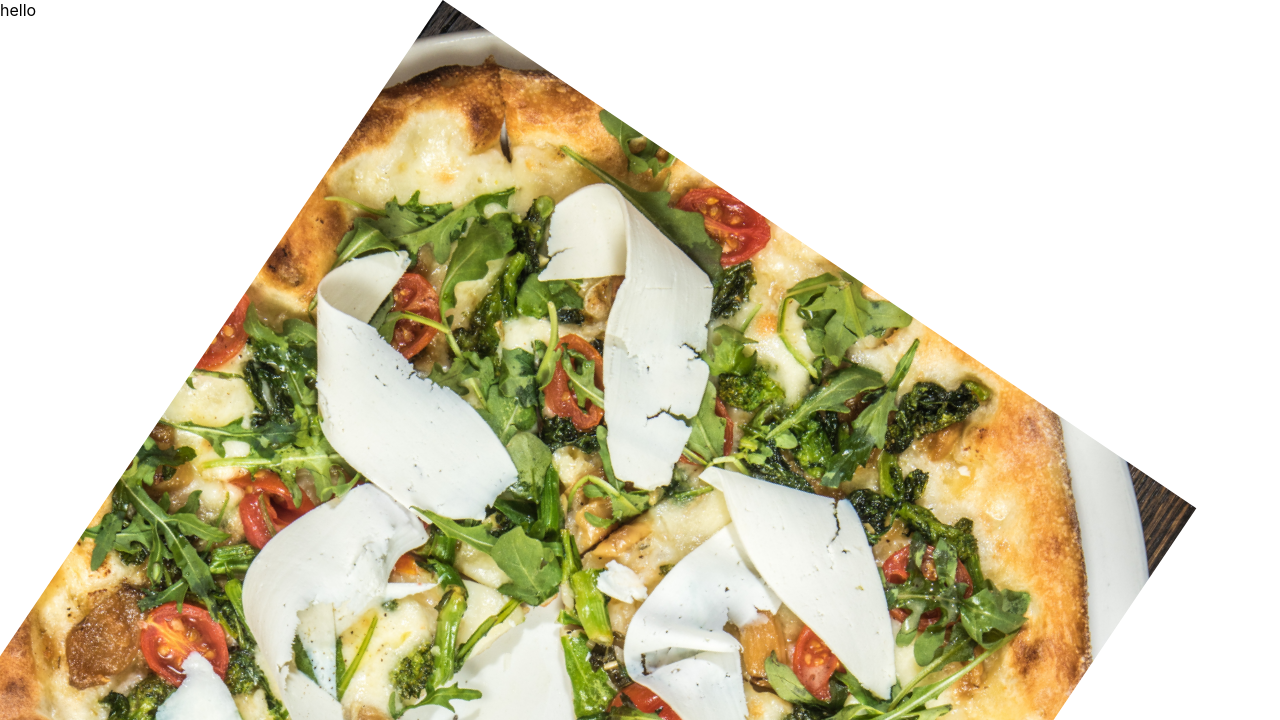
Repository: hobsond/DeliveryApp
Page: / (app in delivery/)
These files come from the project's save history. The page is drawn as it stood at one moment and after the next save; the edit follows.
The browser window is 1280 px wide. The pictures show the whole page.
The project was rebuilt for these pictures with package versions that can differ from the ones it lists, and the page was loaded fresh each time.

Above is the page before, as saved 2021-02-16 21:02:58.

After the next save:
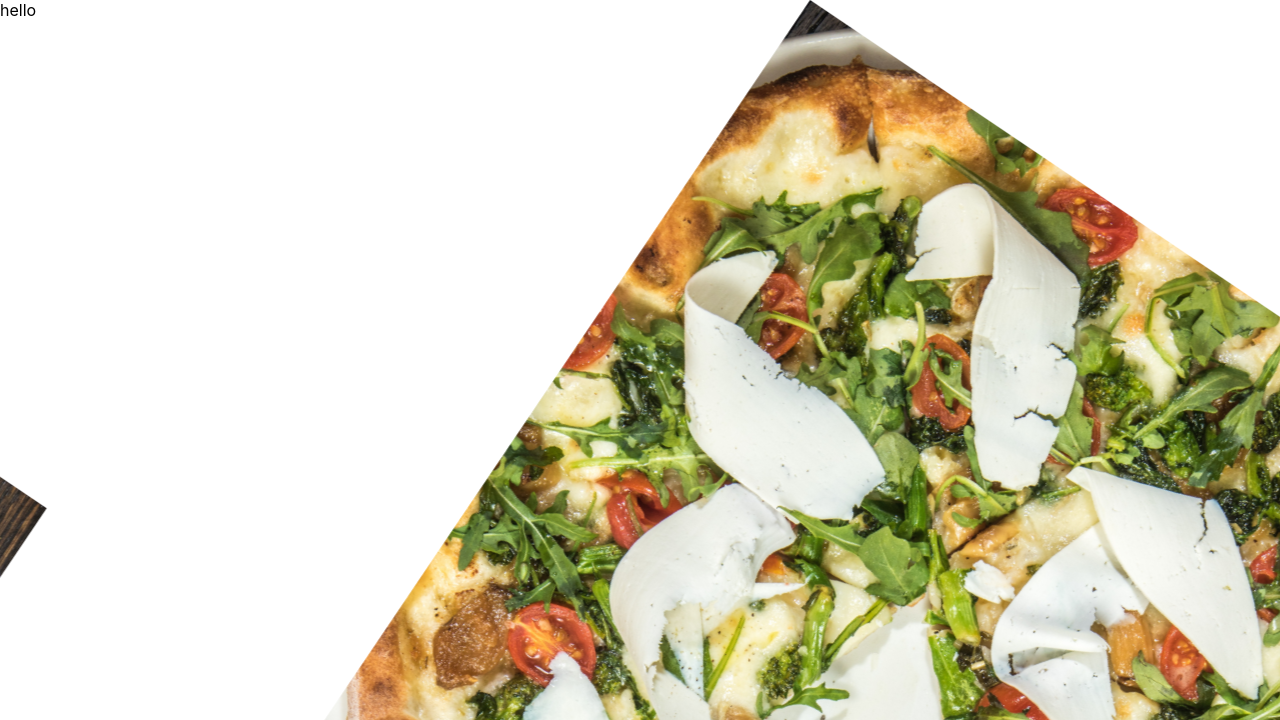
Saved 7 s later.
--- a/delivery/src/App.css
+++ b/delivery/src/App.css
@@ -1,5 +1,5 @@
 .App{
   background:url('./images/mobile/homeScreen/bgMobile.png');
   height:100vh;
-  background-position-x: -20em;
+  background-position-x: -20%;
 }
